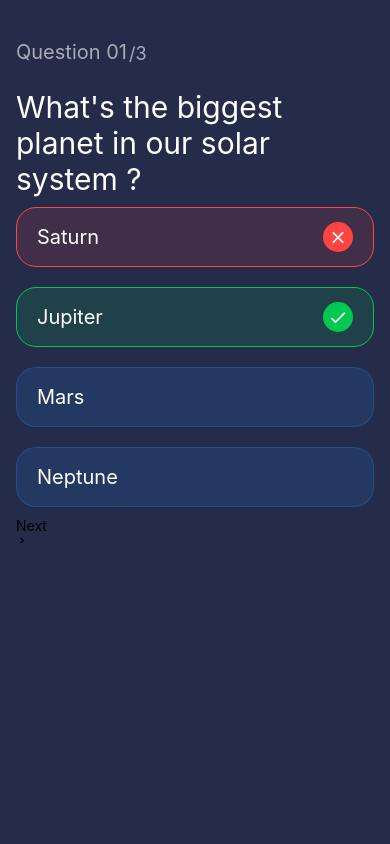
Repository: ds-mbappe/Quiz
Screen: /, after clicking the first element matching `div.r-transitionProperty-1i6wzkk`
These files come from the project's save history. The screen is drawn as it stood at one moment and after the next save; the edit follows.
The app was drawn by React Native's web renderer in a window 390 px wide. The project was rebuilt for these pictures with package versions that can differ from the ones it lists, and the page was loaded fresh each time.

Above is the screen before, as saved 2022-05-28 20:50:14.

After the next save:
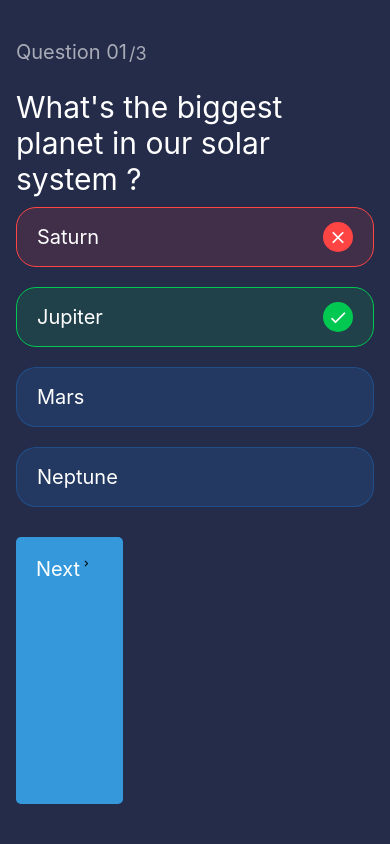
Saved 101 min 37 s later.
--- a/screens/Quiz.js
+++ b/screens/Quiz.js
@@ -118,8 +118,8 @@ const Quiz = () => {
   const renderNextButton = () => {
     if (showNextbutton) {
       return (
-        <TouchableOpacity>
-          <Text>Next</Text>
+        <TouchableOpacity style={{flex: 1, flexDirection: 'row', marginTop: 20, width: '30%', backgroundColor: COLORS.accent, padding: 20, borderRadius: 5}}>
+          <Text style={{fontSize: 20, color: COLORS.white, textAlign: 'center'}}>Next</Text>
           <MaterialCommunityIcons name='chevron-right'/>
         </TouchableOpacity>
       )
